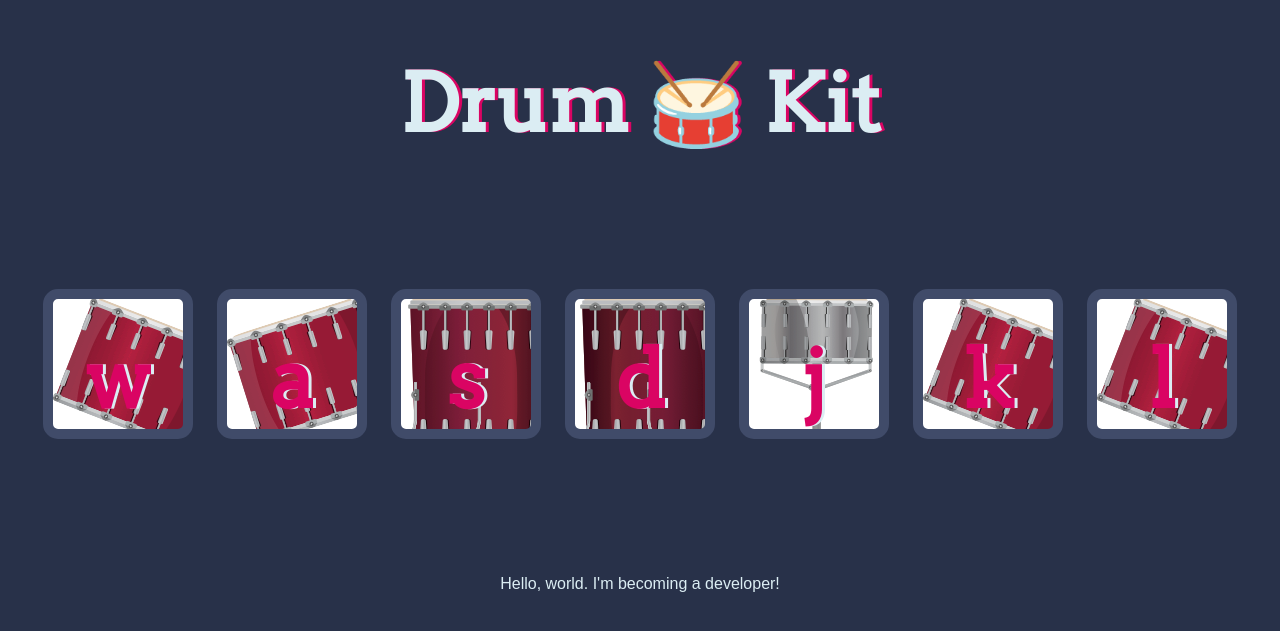
Repository: doncsar/yu-frontend-bootcamp
Page: 17-drumkit/index.html
An editor plug-in stored every save of this project. The page is shown before and after the next save, followed by the edit.
The browser window is 1280 px wide. The pictures show the whole page.

Above is the page before, as saved 2024-01-27 19:26:28.

After the next save:
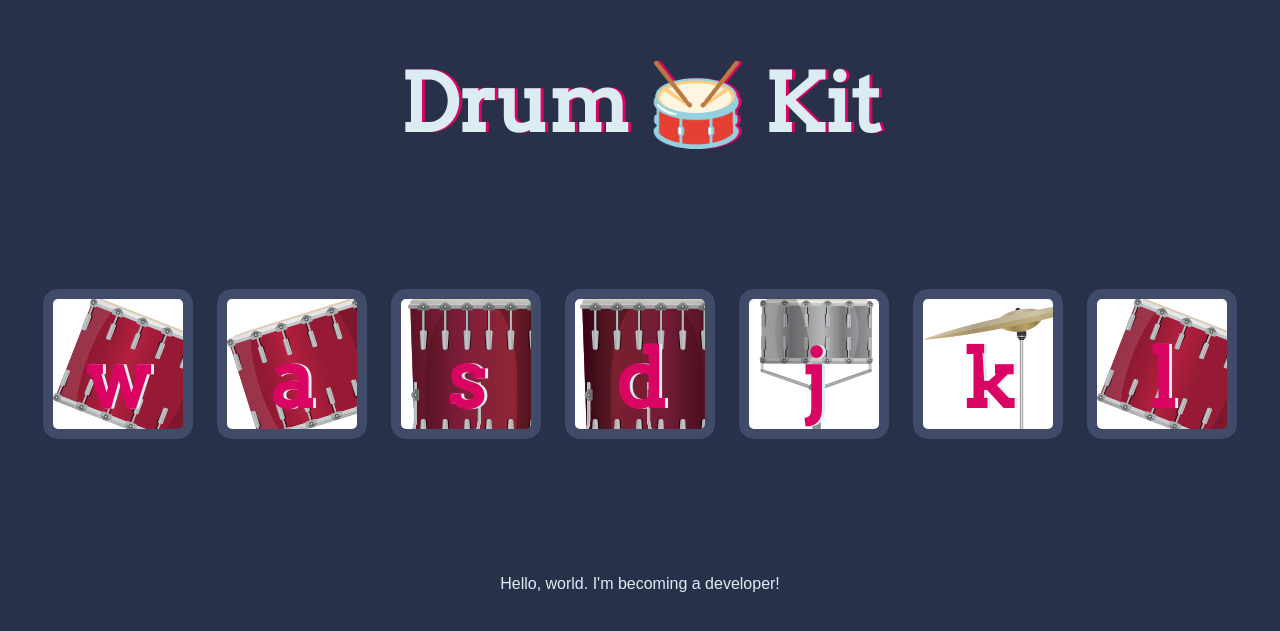
Saved 13 s later.
--- a/17-drumkit/style.css
+++ b/17-drumkit/style.css
@@ -37,7 +37,7 @@ background-image: url('./resources/images/snare.png');
 }
 
 .k {
-background-image: url('./resources/images/tom1.png');
+background-image: url('./resources/images/crash.png');
 }
 
 .l {
